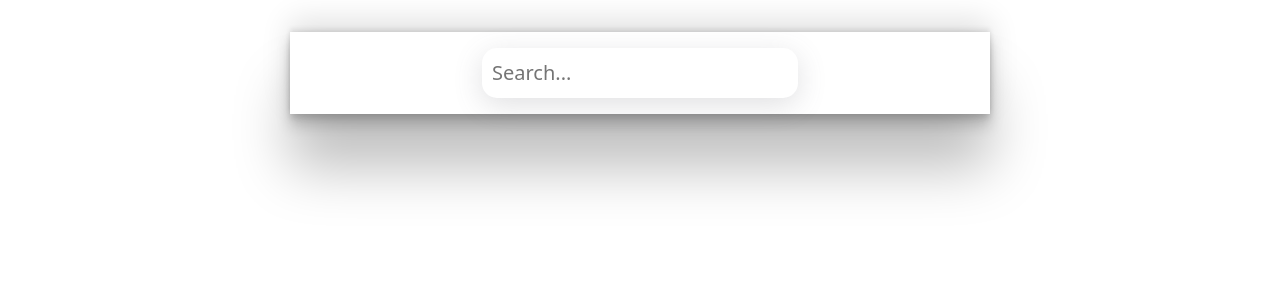
Repository: Omk1/RUStudy
Page: /
An editor plug-in stored every save of this project. The page is shown before and after the next save, followed by the edit.
The browser window is 1280 px wide. The pictures show the whole page.
The page's requests for data from a server got no answer. The project was rebuilt for these pictures with package versions that can differ from the ones it lists, and the page was loaded fresh each time. No one was signed in, and anything a server would have sent is missing. Also part of the build but not shown: src/Table.js, src/custom.scss.

Above is the page before, as saved 2023-10-08 09:12:41.

### src/App.js
import './App.css';
import Table from './Table';
import { useEffect, useState } from 'react';
import {db} from './firebase';
import {ref, onValue} from "firebase/database";
import {writeToDatabase} from './fireWrite';
import 'bootstrap/dist/css/bootstrap.min.css';
import { Container, Row } from 'react-bootstrap';
import Nav from 'react-bootstrap/Nav';
import Navbar from 'react-bootstrap/Navbar';
import './custom.scss'


function App() {
  const [query, setQuery] = useState("");
  const keys = ["title", "time", "loc", "tag"];

    const [title, setTitle] = useState("");
    const [tag, setTag] = useState("");
    const [time, setTime] = useState("");
    const [loc, setLoc] = useState("");

    const [groups, setGroups] = useState([]);

    useEffect(() => {
      const fetchData = async () => {
        const groupsRef = ref(db);
        onValue(groupsRef, (snapshot) => {
          const data = snapshot.val();
          if (data) {
            const groupsArray = Object.values(data);
            setGroups(groupsArray);
          }
        });
      };

      fetchData();
    }, []);

  const search = (data) => {
    return data.filter((item) =>
      keys.some((key) => {
        const itemValue = item[key];
        return itemValue && itemValue.toLowerCase().includes(query.toLowerCase());
      })
    );
  }

  return (
    <div className="app">
      <container>
          <input
          placeholder="Search..."
          className="search"
          onChange={e=> setQuery(e.target.value.toLowerCase())}/>

          {
            search(groups).map((data) => (
                <Table title={data.title}
                    time={data.time}
                    loc={data.loc}
                    tag={data.tag}
                    />
            ))
          }
        </container>
    </div>
  );
}

export default App;

### src/App.css
.inline{
  display: inline;
}

.submit{
  margin: auto;
}

.accordion{
  box-sizing: border-box;
  margin: 1.3rem 0;
}

label{
  margin: 1rem 0;

}

container{
  margin: 2rem auto;
  width: 60%;
  box-shadow: rgba(0, 0, 0, 0.25) 0px 54px 55px, rgba(0, 0, 0, 0.12) 0px -12px 30px, rgba(0, 0, 0, 0.12) 0px 4px 6px, rgba(0, 0, 0, 0.17) 0px 12px 13px, rgba(0, 0, 0, 0.09) 0px -3px 5px;  max-width: 700px;
  padding: 1rem;
  align-items: center;
  z-index: 3;
}

.app {
  margin: auto;
  display: flex;
  flex-direction: column;
  justify-content: center;
  align-items: center;
  width: 100vw;
  z-index: -2;
}

.search {
  padding: 10px;
  font-size: 20px;
  height: fit-content;
  display: flex;
  margin: auto;
  box-shadow: rgba(100, 100, 111, 0.2) 0px 7px 29px 0px;
  border-radius: 15px;
}


table {
  width: 100%;
  margin: 50px 0px;
  border-spacing: 15px;
  color: #444;
}

.create label {
  text-align: left;
  display: block;
}

.create input, .create textarea, .create select {
  width: 100%;
  padding: 6px 10px;
  margin: 10px 0;
  border: 1px solid #ddd;
  box-sizing: border-box;
  display: block;
}
.create button {
  background: #f1356d;
  color: #424040;
  border: 0;
  padding: 8px;
  border-radius: 8px;
  cursor: pointer;
}

* {
	border: 0;
	box-sizing: border-box;
	margin: 0;
	padding: 0;
}

body, button, input {
	font: 1em Hind, sans-serif;
	line-height: 1.5em;
}

body, input {
	color: #171717;
}

.gray{
  color: "#bbbbbb";
}

### src/firebase.js
// firebase.js
import {initializeApp} from 'firebase/app';
import {getDatabase} from 'firebase/database';

const firebaseConfig = {
    apiKey: "AIzaSyDkupE5QsdIgtPw8W5ZrA7ZrCYUbS9JZ4E",
    authDomain: "rustudy-4ebc5.firebaseapp.com",
    databaseURL: "https://rustudy-4ebc5-default-rtdb.firebaseio.com",
    projectId: "rustudy-4ebc5",
    storageBucket: "rustudy-4ebc5.appspot.com",
    messagingSenderId: "827503237791",
    appId: "1:827503237791:web:a966eaea1462d4cfe1a0aa"
  };

const app = initializeApp(firebaseConfig);
export const db = getDatabase(app);

### src/fireWrite.js
import {uid} from "uid";
import {db} from './firebase';
import {set, ref} from "firebase/database"

export const writeToDatabase = (titleVal, timeVal, locVal, tagVal, setTitle, setTime, setLoc, setTag) => {
    const uuid = uid();
    set(ref(db, `/${uuid}`), {
      title: titleVal,
      time: timeVal,
      loc: locVal,
      tag: tagVal,
      uuid,
    });

    setTitle(""); setTime(""); setLoc(""); setTag("");
}

Loaded but not shown: public/index.html (common file); src/index.js (common file)

After the next save:
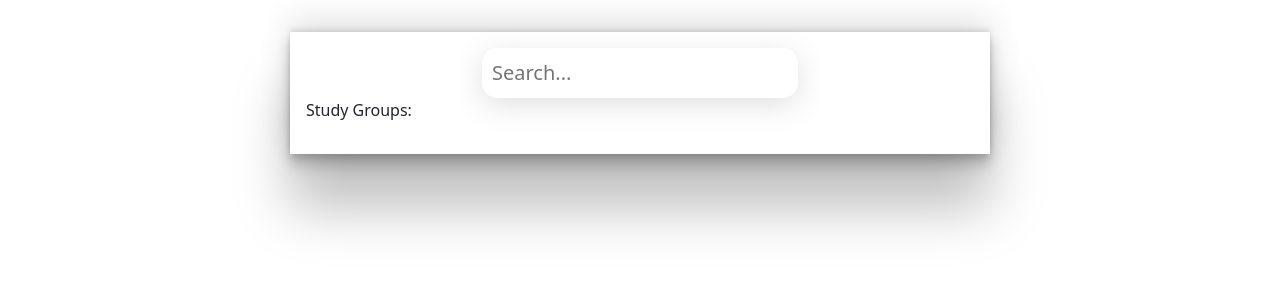
Saved 55 s later.
--- a/src/App.js
+++ b/src/App.js
@@ -53,7 +53,7 @@ function App() {
           placeholder="Search..."
           className="search"
           onChange={e=> setQuery(e.target.value.toLowerCase())}/>
-
+          <p>Study Groups:</p>
           {
             search(groups).map((data) => (
                 <Table title={data.title}
